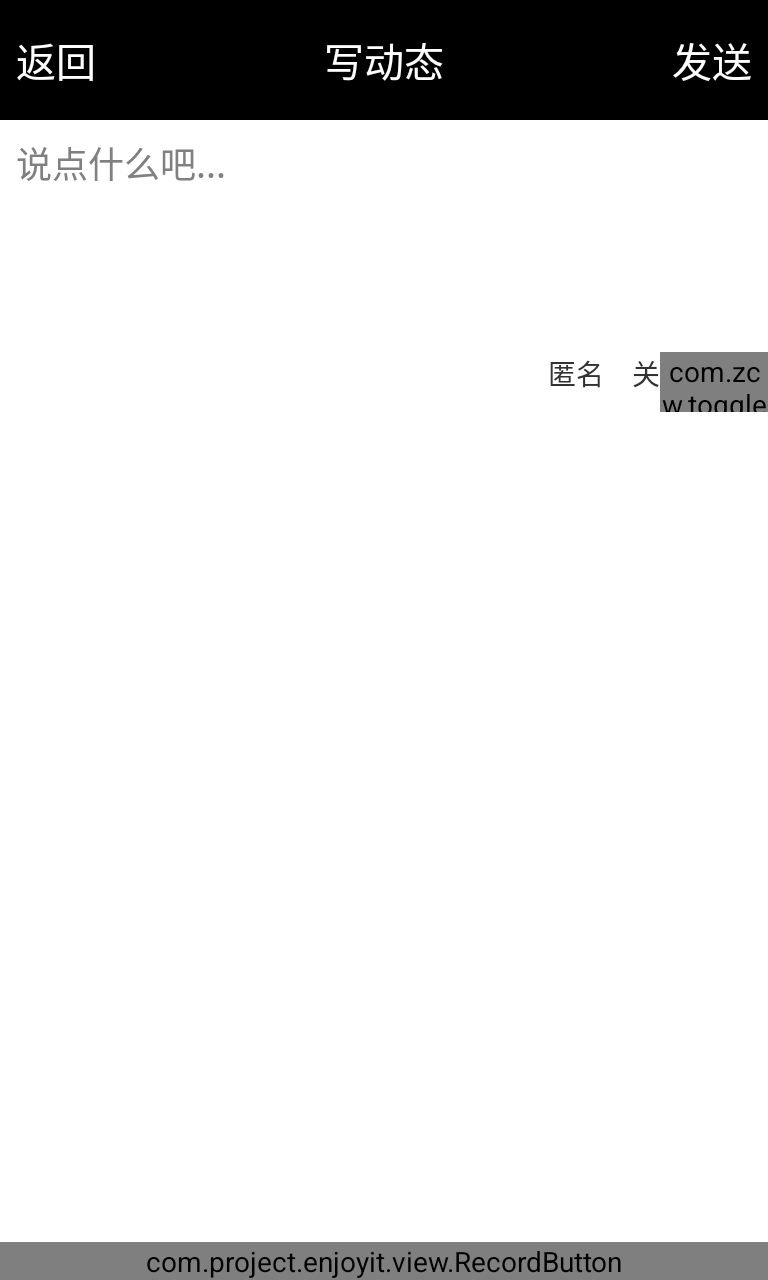
Repository: fatio/Nower
Layout: Android_Client_Source/EnjoyIt/res/layout/activity_send_shows.xml
These files come from the project's save history. The layout is drawn as it stood at one moment and after the next save; the edit follows.
Pictures or frames that could not be fetched are drawn as grey boxes. It is drawn on a 768 x 1280 px phone screen (xhdpi) without system bars, with theme AppTheme; the app's code is not run. Lists and similar views that code fills are empty.

Above is the layout before, as saved 2015-12-27 04:42:42.

### Android_Client_Source/EnjoyIt/res/layout/activity_send_shows.xml
<?xml version="1.0" encoding="utf-8"?>
<LinearLayout xmlns:android="http://schemas.android.com/apk/res/android"
    xmlns:toggle="http://schemas.android.com/apk/res-auto"
    android:layout_width="match_parent"
    android:layout_height="match_parent"
    android:background="#ffffff"
    android:orientation="vertical" >

    <RelativeLayout
        android:layout_width="match_parent"
        android:layout_height="60dp"
        android:background="@color/black" >

        <TextView
            android:id="@+id/tv_back"
            android:layout_width="wrap_content"
            android:layout_height="40dp"
            android:layout_alignParentLeft="true"
            android:layout_centerVertical="true"
            android:layout_marginLeft="8dp"
            android:gravity="center"
            android:text="返回"
            android:textColor="@drawable/text_while"
            android:textSize="20sp" />

        <TextView
            android:layout_width="wrap_content"
            android:layout_height="wrap_content"
            android:layout_centerInParent="true"
            android:text="写动态"
            android:textColor="#ffffff"
            android:textSize="20sp" />

        <TextView
            android:id="@+id/tv_send"
            android:layout_width="wrap_content"
            android:layout_height="40dp"
            android:layout_alignParentRight="true"
            android:layout_centerVertical="true"
            android:layout_marginRight="8dp"
            android:gravity="center"
            android:text="发送"
            android:textColor="@drawable/text_while"
            android:textSize="20sp" />
    </RelativeLayout>

    <EditText
        android:id="@+id/et_content"
        android:layout_width="fill_parent"
        android:layout_height="100dp"
        android:layout_margin="8dp"
        android:background="@null"
        android:gravity="left|top"
        android:hint="说点什么吧..." >
    </EditText>

    <RelativeLayout
        android:layout_width="match_parent"
        android:layout_height="wrap_content" >



        <com.zcw.togglebutton.ToggleButton
            android:id="@+id/tb_answitch"
            android:layout_width="54dp"
            android:layout_height="30dp"
            toggle:borderWidth="2dp"
            toggle:offBorderColor="#000"
            toggle:offColor="#ddd"
            toggle:onColor="#f00"
            toggle:spotColor="#00f"
            android:layout_alignParentRight="true" >
        </com.zcw.togglebutton.ToggleButton>
                    <TextView
            android:id="@+id/tv_antext"
            android:layout_width="wrap_content"
            android:layout_height="wrap_content"
            android:text="匿名　关"
            android:layout_toLeftOf="@id/tb_answitch" />
    </RelativeLayout>

    <GridView
        android:id="@+id/gv_gridview"
        android:layout_width="290dp"
        android:layout_height="350dp"
        android:layout_marginLeft="5dp"
        android:layout_weight="1"
        android:horizontalSpacing="3dp"
        android:numColumns="4"
        android:scrollbars="none"
        android:verticalSpacing="5dp" >
    </GridView>

    <FrameLayout
        android:layout_width="fill_parent"
        android:layout_height="wrap_content" >

        <LinearLayout
            android:id="@+id/ll_ctrl"
            android:layout_width="fill_parent"
            android:layout_height="wrap_content"
            android:layout_gravity="bottom|center_horizontal"
            android:orientation="horizontal"
            android:visibility="gone" >

            <TextView
                android:id="@+id/tv_play_pause"
                android:layout_width="0dp"
                android:layout_height="wrap_content"
                android:layout_marginBottom="5sp"
                android:layout_marginLeft="5dp"
                android:layout_marginRight="5dp"
                android:layout_weight="1"
                android:background="@drawable/imageview_btn_item_selector"
                android:gravity="center"
                android:text="播放录音"
                android:textSize="20sp" />

            <TextView
                android:id="@+id/tv_delete"
                android:layout_width="0dp"
                android:layout_height="wrap_content"
                android:layout_marginBottom="5sp"
                android:layout_marginLeft="5dp"
                android:layout_marginRight="5dp"
                android:layout_weight="1"
                android:background="@drawable/imageview_btn_item_selector"
                android:gravity="center"
                android:text="删除录音"
                android:textSize="20sp" />
        </LinearLayout>

        <com.project.enjoyit.view.RecordButton
            android:id="@+id/record_button"
            android:layout_width="fill_parent"
            android:layout_height="wrap_content"
            android:layout_gravity="bottom|center_horizontal"
            android:background="@drawable/imageview_btn_item_selector"
            android:text="按住录音" />
    </FrameLayout>

</LinearLayout>

### Android_Client_Source/EnjoyIt/res/values/styles.xml
<resources>
    <style name="like_toast_dialog_style">
        <item name="android:windowFrame">@null</item>
        <item name="android:windowIsFloating">true</item>
        <item name="android:windowIsTranslucent">true</item>
        <item name="android:windowNoTitle">true</item>
        <item name="android:backgroundDimEnabled">false</item>
        <item name="android:windowContentOverlay">@null</item>
        <item name="android:windowBackground">@drawable/round_background</item>
    </style>
    <style name="AnimBottom" parent="@android:style/Animation">
        <item name="android:windowEnterAnimation">@anim/push_bottom_in</item>
        <item name="android:windowExitAnimation">@anim/push_bottom_out</item>
    </style>

    <style name="PopupAnimation3" parent="android:Animation">
        <item name="android:windowEnterAnimation">@anim/push_bottom_in</item>
        <item name="android:windowExitAnimation">@anim/push_bottom_out</item>
    </style>

    <style name="PopupAnimation" mce_bogus="1" parent="android:Animation">
        <item name="android:windowEnterAnimation">@anim/activity_translate_in</item>
        <item name="android:windowExitAnimation">@anim/activity_translate_out</item>
    </style>

    <style name="PopupAnimation1" mce_bogus="1" parent="android:Animation">
        <item name="android:windowEnterAnimation">@anim/popup_enter</item>
        <item name="android:windowExitAnimation">@anim/popup_exit</item>
    </style>
    <!--
        Base application theme, dependent on API level. This theme is replaced
        by AppBaseTheme from res/values-vXX/styles.xml on newer devices.

    -->
    <style name="AppBaseTheme" parent="android:Theme.Light">
        <!--
            Theme customizations available in newer API levels can go in
            res/values-vXX/styles.xml, while customizations related to
            backward-compatibility can go here.

        -->
    </style>

    <!-- Application theme. -->
    <style name="AppTheme" parent="AppBaseTheme">
        <!-- All customizations that are NOT specific to a particular API-level can go here. -->
    </style>

</resources>

### Android_Client_Source/EnjoyIt/res/values/colors.xml
<?xml version="1.0" encoding="utf-8" ?>
 <resources>
         <color name="bg_black">#000000</color>
    <color name="bg_white">#FFFFFF</color>
    <color name="bg_topbar">#FCFCFC</color>
    <color name="bg_gray">#00F1F1F1</color>
    <color name="bar_color">#232325</color>

    <color name="black2">#ffeeeeee</color>
    <color name="text_gray">#8D7A71</color>
    <color name="text_white">#FFFFFF</color>
    <color name="text_yellow">#FFC800</color>
    <color name="text_topbar">#694E42</color>
    <color name="div_white">#E5E5E5</color>
    <color name="puple">#d500f9</color>



 <color name="white">#ffffff</color><!--白色 -->
 <color name="ivory">#fffff0</color><!--象牙色 -->
 <color name="lightyellow">#ffffe0</color><!--亮黄色 -->
 <color name="yellow">#ffff00</color><!--黄色 -->
 <color name="snow">#fffafa</color><!--雪白色 -->
 <color name="floralwhite">#fffaf0</color><!--花白色 -->
 <color name="lemonchiffon">#fffacd</color><!--柠檬绸色 -->
 <color name="cornsilk">#fff8dc</color><!--米绸色 -->
 <color name="seaShell">#fff5ee</color><!--海贝色 -->
 <color name="lavenderblush">#fff0f5</color><!--淡紫红 -->
 <color name="papayawhip">#ffefd5</color><!--番木色 -->
 <color name="blanchedalmond">#ffebcd</color><!--白杏色 -->
 <color name="mistyrose">#ffe4e1</color><!--浅玫瑰色 -->
 <color name="bisque">#ffe4c4</color><!--桔黄色 -->
 <color name="moccasin">#ffe4b5</color><!--鹿皮色 -->
 <color name="navajowhite">#ffdead</color><!--纳瓦白 -->
 <color name="peachpuff">#ffdab9</color><!--桃色 -->
 <color name="gold">#ffd700</color><!--金色 -->
 <color name="pink">#ffc0cb</color><!--粉红色 -->
 <color name="lightpink">#ffb6c1</color><!--亮粉红色 -->
 <color name="orange">#ffa500</color><!--橙色 -->
 <color name="lightsalmon">#ffa07a</color><!--亮肉色 -->
 <color name="darkorange">#ff8c00</color><!--暗桔黄色 -->
 <color name="coral">#ff7f50</color><!--珊瑚色 -->
 <color name="hotpink">#ff69b4</color><!--热粉红色 -->
 <color name="tomato">#ff6347</color><!--西红柿色 -->
 <color name="orangered">#ff4500</color><!--红橙色 -->
 <color name="deeppink">#ff1493</color><!--深粉红色 -->
 <color name="fuchsia">#ff00ff</color><!--紫红色 -->
 <color name="magenta">#ff00ff</color><!--红紫色 -->
 <color name="red">#ff0000</color><!--红色 -->
 <color name="oldlace">#fdf5e6</color><!--老花色 -->
 <color name="lightgoldenrodyellow">#fafad2</color><!--亮金黄色 -->
 <color name="linen">#faf0e6</color><!--亚麻色 -->
 <color name="antiquewhite">#faebd7</color><!--古董白 -->
 <color name="salmon">#fa8072</color><!--鲜肉色 -->
 <color name="ghostwhite">#f8f8ff</color><!--幽灵白 -->
 <color name="mintcream">#f5fffa</color><!--薄荷色 -->
 <color name="whitesmoke">#f5f5f5</color><!--烟白色 -->
 <color name="beige">#f5f5dc</color><!--米色 -->
 <color name="wheat">#f5deb3</color><!--浅黄色 -->
 <color name="sandybrown">#f4a460</color><!--沙褐色 -->
 <color name="azure">#f0ffff</color><!--天蓝色 -->
 <color name="honeydew">#f0fff0</color><!--蜜色 -->
 <color name="aliceblue">#f0f8ff</color><!--艾利斯兰 -->
 <color name="khaki">#f0e68c</color><!--黄褐色 -->
 <color name="lightcoral">#f08080</color><!--亮珊瑚色 -->
 <color name="palegoldenrod">#eee8aa</color><!--苍麒麟色 -->
 <color name="violet">#ee82ee</color><!--紫罗兰色 -->
 <color name="darksalmon">#e9967a</color><!--暗肉色 -->
 <color name="lavender">#e6e6fa</color><!--淡紫色 -->
 <color name="lightcyan">#e0ffff</color><!--亮青色 -->
 <color name="burlywood">#deb887</color><!--实木色 -->
 <color name="plum">#dda0dd</color><!--洋李色 -->
 <color name="gainsboro">#dcdcdc</color><!--淡灰色 -->
 <color name="crimson">#dc143c</color><!--暗深红色 -->
 <color name="palevioletred">#db7093</color><!--苍紫罗兰色 -->
 <color name="goldenrod">#daa520</color><!--金麒麟色 -->
 <color name="orchid">#da70d6</color><!--淡紫色 -->
 <color name="thistle">#d8bfd8</color><!--蓟色 -->
 <color name="lightgray">#d3d3d3</color><!--亮灰色 -->
 <color name="lightgrey">#d3d3d3</color><!--亮灰色 -->
 <color name="tan">#d2b48c</color><!--茶色 -->
 <color name="chocolate">#d2691e</color><!--巧可力色 -->
 <color name="peru">#cd853f</color><!--秘鲁色 -->
 <color name="indianred">#cd5c5c</color><!--印第安红 -->
 <color name="mediumvioletred">#c71585</color><!--中紫罗兰色 -->
 <color name="silver">#c0c0c0</color><!--银色 -->
 <color name="darkkhaki">#bdb76b</color><!--暗黄褐色 -->
 <color name="rosybrown">#bc8f8f</color><!--褐玫瑰红 -->
 <color name="mediumorchid">#ba55d3</color><!--中粉紫色 -->
 <color name="darkgoldenrod">#b8860b</color><!--暗金黄色 -->
 <color name="firebrick">#b22222</color><!--火砖色 -->
 <color name="powderblue">#b0e0e6</color><!--粉蓝色 -->
 <color name="lightsteelblue">#b0c4de</color><!--亮钢兰色 -->
 <color name="paleturquoise">#afeeee</color><!--苍宝石绿 -->
 <color name="greenyellow">#adff2f</color><!--黄绿色 -->
 <color name="lightblue">#add8e6</color><!--亮蓝色 -->
 <color name="darkgray">#a9a9a9</color><!--暗灰色 -->
 <color name="darkgrey">#a9a9a9</color><!--暗灰色 -->
 <color name="brown">#a52a2a</color><!--褐色 -->
 <color name="sienna">#a0522d</color><!--赭色 -->
 <color name="darkorchid">#9932cc</color><!--暗紫色 -->
 <color name="palegreen">#98fb98</color><!--苍绿色 -->
 <color name="darkviolet">#9400d3</color><!--暗紫罗兰色 -->
 <color name="mediumpurple">#9370db</color><!--中紫色 -->
 <color name="lightgreen">#90ee90</color><!--亮绿色 -->
 <color name="darkseagreen">#8fbc8f</color><!--暗海兰色 -->
 <color name="saddlebrown">#8b4513</color><!--重褐色 -->
 <color name="darkmagenta">#8b008b</color><!--暗洋红 -->
 <color name="darkred">#8b0000</color><!--暗红色 -->
 <color name="blueviolet">#8a2be2</color><!--紫罗兰蓝色 -->
 <color name="lightskyblue">#87cefa</color><!--亮天蓝色 -->
 <color name="skyblue">#87ceeb</color><!--天蓝色 -->
 <color name="gray">#808080</color><!--灰色 -->
 <color name="grey">#808080</color><!--灰色 -->
 <color name="olive">#808000</color><!--橄榄色 -->
 <color name="purple">#800080</color><!--紫色 -->
 <color name="maroon">#800000</color><!--粟色 -->
 <color name="aquamarine">#7fffd4</color><!--碧绿色 -->
 <color name="chartreuse">#7fff00</color><!--黄绿色 -->
 <color name="lawngreen">#7cfc00</color><!--草绿色 -->
 <color name="mediumslateblue">#7b68ee</color><!--中暗蓝色 -->
 <color name="lightslategray">#778899</color><!--亮蓝灰 -->
 <color name="lightslategrey">#778899</color><!--亮蓝灰 -->
 <color name="slategray">#708090</color><!--灰石色 -->
 <color name="slategrey">#708090</color><!--灰石色 -->
 <color name="olivedrab">#6b8e23</color><!--深绿褐色 -->
 <color name="slateblue">#6a5acd</color><!--石蓝色 -->
 <color name="dimgray">#696969</color><!--暗灰色 -->
 <color name="dimgrey">#696969</color><!--暗灰色 -->
 <color name="mediumaquamarine">#66cdaa</color><!--中绿色 -->
 <color name="cornflowerblue">#6495ed</color><!--菊兰色 -->
 <color name="cadetblue">#5f9ea0</color><!--军兰色 -->
 <color name="darkolivegreen">#556b2f</color><!--暗橄榄绿 -->
 <color name="indigo">#4b0082</color><!--靛青色 -->
 <color name="mediumturquoise">#48d1cc</color><!--中绿宝石 -->
 <color name="darkslateblue">#483d8b</color><!--暗灰蓝色 -->
 <color name="steelblue">#4682b4</color><!--钢兰色 -->
 <color name="royalblue">#4169e1</color><!--皇家蓝 -->
 <color name="turquoise">#40e0d0</color><!--青绿色 -->
 <color name="mediumseagreen">#3cb371</color><!--中海蓝 -->
 <color name="limegreen">#32cd32</color><!--橙绿色 -->
 <color name="darkslategray">#2f4f4f</color><!--暗瓦灰色 -->
 <color name="darkslategrey">#2f4f4f</color><!--暗瓦灰色 -->
 <color name="seagreen">#2e8b57</color><!--海绿色 -->
 <color name="forestgreen">#228b22</color><!--森林绿 -->
 <color name="lightseagreen">#20b2aa</color><!--亮海蓝色 -->
 <color name="dodgerblue">#1e90ff</color><!--闪兰色 -->
 <color name="midnightblue">#191970</color><!--中灰兰色 -->
 <color name="aqua">#00ffff</color><!--浅绿色 -->
 <color name="cyan">#00ffff</color><!--青色 -->
 <color name="springgreen">#00ff7f</color><!--春绿色 -->
 <color name="lime">#00ff00</color><!--酸橙色 -->
 <color name="mediumspringgreen">#00fa9a</color><!--中春绿色 -->
 <color name="darkturquoise">#00ced1</color><!--暗宝石绿 -->
 <color name="deepskyblue">#00bfff</color><!--深天蓝色 -->
 <color name="darkcyan">#008b8b</color><!--暗青色 -->
 <color name="teal">#008080</color><!--水鸭色 -->
 <color name="green">#008000</color><!--绿色 -->
 <color name="darkgreen">#006400</color><!--暗绿色 -->
 <color name="blue">#0000ff</color><!--蓝色 -->
 <color name="mediumblue">#0000cd</color><!--中兰色 -->
 <color name="darkblue">#00008b</color><!--暗蓝色 -->
 <color name="navy">#000080</color><!--海军色 -->
 <color name="black">#000000</color><!--黑色 -->
 <color name="transparent">#0000</color><!-- 透明 -->
 <color name="transparent2">#8000</color><!-- 透明 -->
 <!-- 上传图片添加的颜色 -->
 <color name="none_color">#00000000</color>
 <color name="plugin_camera_black">#000000</color>
 <color name="albumback">#E1E0DE</color>


 <color name="style_red">#ff4c41</color>
 <color name="style_divider_color">#C9C7CD</color>
 </resources>

### Android_Client_Source/EnjoyIt/res/drawable/imageview_btn_item_selector.xml
<?xml version="1.0" encoding="utf-8"?>
<selector xmlns:android="http://schemas.android.com/apk/res/android">

    <item android:drawable="@color/black2" android:state_pressed="true"><shape xmlns:android="http://schemas.android.com/apk/res/android">
            <solid android:color="#80858175" />

            <stroke android:width="2dip" android:color="#f5f5f5" />

            <corners android:radius="20dp" />
        </shape></item>
    <item android:state_pressed="false"><shape android:shape="rectangle">
            <solid android:color="#80858175" />

            <gradient android:angle="90" android:endColor="@color/white" android:startColor="@color/white" />

            <stroke android:width="1dip" android:color="#bdbdbd" />

            <corners android:radius="20dp" />
        </shape></item>

</selector><!--
solid设置填充颜色，颜色值以#80开头表示透明
stroke 设置边框宽度，颜色值
corners设置圆角
-->

Loaded but not shown: Android_Client_Source/EnjoyIt/res/values-v11/styles.xml (common file); Android_Client_Source/EnjoyIt/res/values-v14/styles.xml (common file); Android_Client_Source/EnjoyIt/res/drawable/text_while.xml (common file)

After the next save:
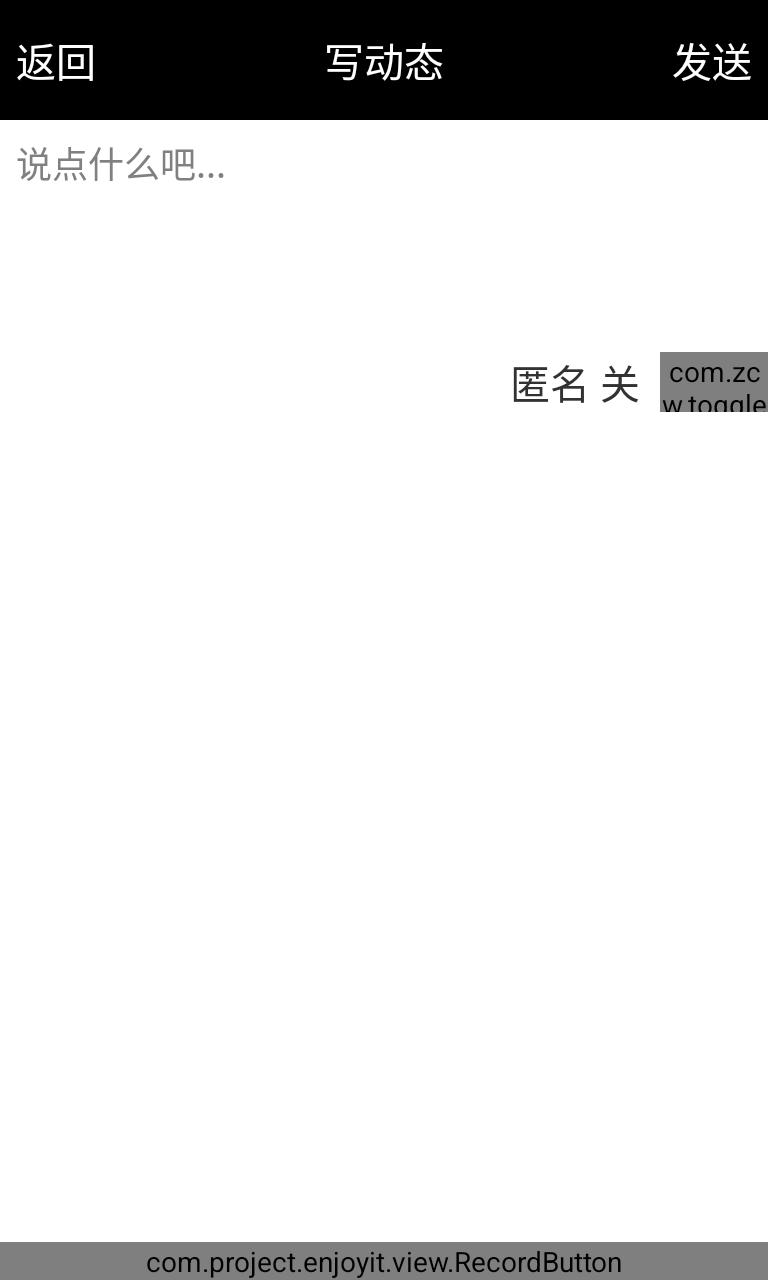
Saved 87 s later.
--- a/Android_Client_Source/EnjoyIt/res/layout/activity_send_shows.xml
+++ b/Android_Client_Source/EnjoyIt/res/layout/activity_send_shows.xml
@@ -75,7 +75,10 @@
             android:id="@+id/tv_antext"
             android:layout_width="wrap_content"
             android:layout_height="wrap_content"
-            android:text="匿名　关"
+            android:text="匿名 关"
+            android:textSize="20sp"
+            android:layout_centerVertical="true"
+            android:layout_marginRight="10sp"
             android:layout_toLeftOf="@id/tb_answitch" />
     </RelativeLayout>
 
@@ -114,6 +117,7 @@
                 android:background="@drawable/imageview_btn_item_selector"
                 android:gravity="center"
                 android:text="播放录音"
+                android:padding="5sp"
                 android:textSize="20sp" />
 
             <TextView
@@ -124,6 +128,7 @@
                 android:layout_marginLeft="5dp"
                 android:layout_marginRight="5dp"
                 android:layout_weight="1"
+                android:padding="5sp"
                 android:background="@drawable/imageview_btn_item_selector"
                 android:gravity="center"
                 android:text="删除录音"
